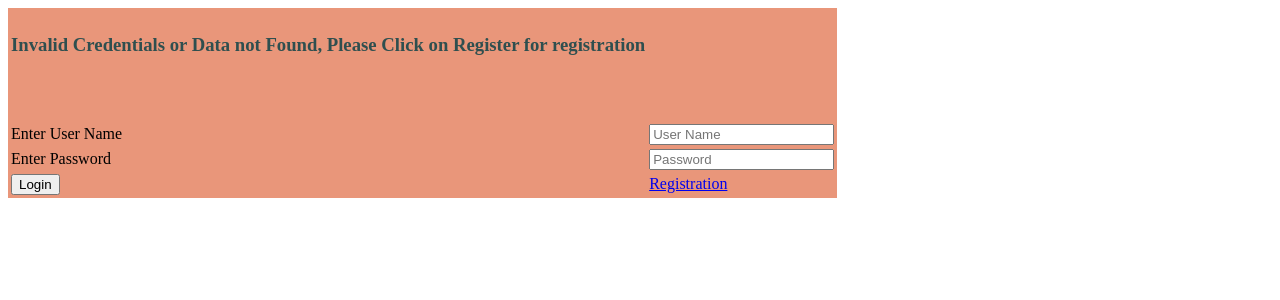
Repository: Pramila0526/LoginRegistrationUsingFilters
Page: http://localhost/LoginAndRegistration/login.jsp
These files come from the project's save history. The page is drawn as it stood at one moment and after the next save; the edit follows.
The browser window is 1280 px wide. The pictures show the whole page.
The page is served by Tomcat 9.

Above is the page before, as saved 2019-12-27 05:52:22.

After the next save:
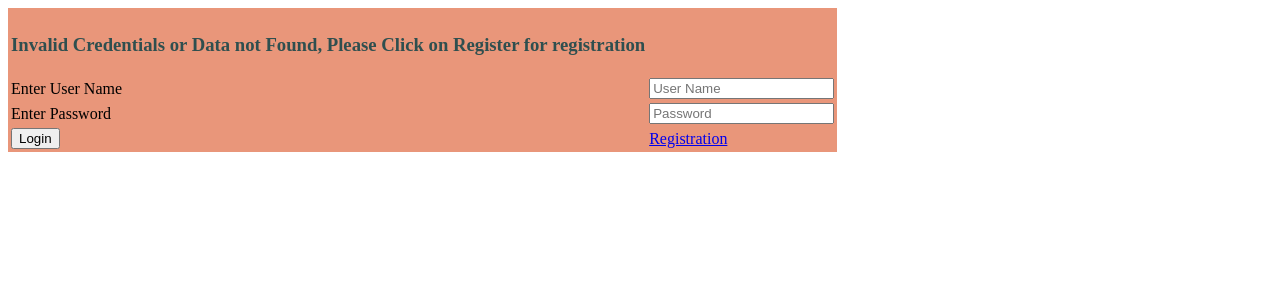
Saved 6 s later.
--- a/LoginAndRegistration/WebContent/login.jsp
+++ b/LoginAndRegistration/WebContent/login.jsp
@@ -15,13 +15,6 @@
 			<tr>
 				<td><h3 style="color: darkslategray;">Invalid Credentials or
 							Data not Found, Please Click on Register for registration</h3></td>
-			</tr>
-			<tr>
-				<td><h3 style="color: darkslategray;">${successMessage}</h3></td>
-			</tr>
-
-			<tr>
-				<td><h3 style="color: darkslategray;">${message}</h3></td>
 			</tr>
 
 			<tr>
